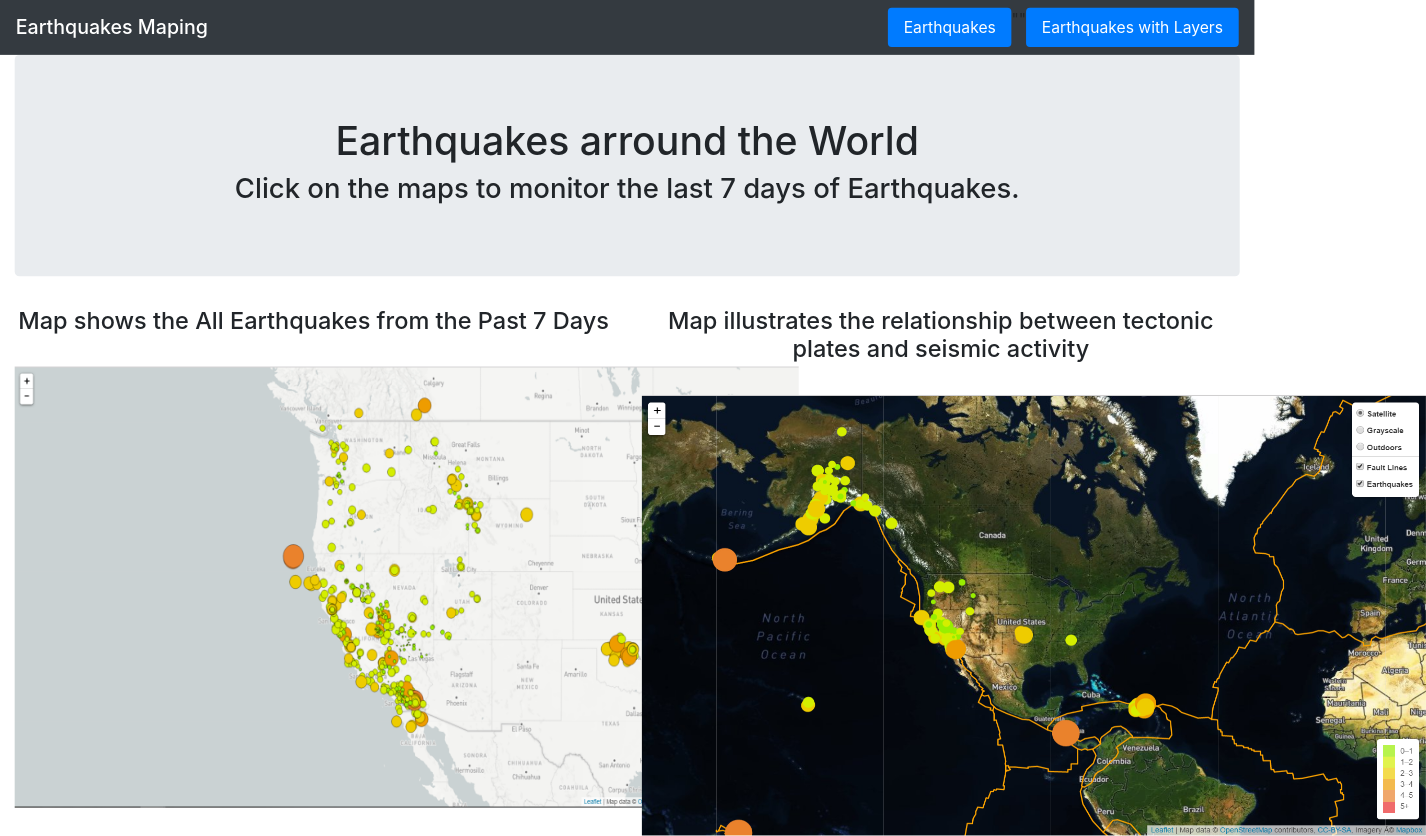
Repository: ermiasgelaye/leaflet-challenge
Page: index.html
These files come from the project's save history. The page is drawn as it stood at one moment and after a run of saves; the edit follows.
The browser window is 1280 px wide. The page is 1455 px wide, so the pictures cover 1455 px, including what lies to the right of the window. The pictures show the whole page, at 98% of full size.

Above is the page before, as saved 2020-09-18 22:42:42.

### index.html
<!DOCTYPE html>
<html lang="en">

<head>
    <meta charset="UTF-8" />
    <meta name="viewport" content="width=device-width, initial-scale=1.0" />
    <meta http-equiv="X-UA-Compatible" content="ie=edge" />
    <title>Earthquakes Challenge</title>
    <link rel="stylesheet" href="https://stackpath.bootstrapcdn.com/bootstrap/4.3.1/css/bootstrap.min.css" integrity="sha384-ggOyR0iXCbMQv3Xipma34MD+dH/1fQ784/j6cY/iJTQUOhcWr7x9JvoRxT2MZw1T" crossorigin="anonymous" />

    <!-- jQuery library -->
    <script src="https://ajax.googleapis.com/ajax/libs/jquery/3.4.1/jquery.min.js"></script>
    <link rel="stylesheet" type="text/css" href="static/css/style.css" />
    <!-- Latest compiled JavaScript -->
    <script src="https://maxcdn.bootstrapcdn.com/bootstrap/4.3.1/js/bootstrap.min.js"></script>
</head>

<body>
    <nav class="navbar navbar-dark bg-dark size_hide">
        <a href="index.html"><span class="navbar-brand mb-0 h1 back_color"
          >Earthquakes Maping</span
        ></a
      >

      <ul class="nav nav-pills">
        <li class="nav-item">
          <a class="nav-link active" href="Leaflet-Step-1/step-1.html"
            >Earthquakes</a>
        </li>
        <a>""</a>
        <li class="nav-item">
          <a class="nav-link active" href="Leaflet-Step-2/step-2.html"
            >Earthquakes with Layers</a
          >
        </li>
      </ul>
    </nav>
    <div  class="container-fluid">
      <div class="jumbotron text-center">

        <h1>Earthquakes arround the World</h1>
        <h3>
          Click on the maps to monitor the last 7 days of Earthquakes.
        </h3>
      </div>
      <div class="row">
        <div class="col-lg-6">
          <h4 style="text-align:center;"> Map shows the All Earthquakes from the Past 7 Days</h6>
          <br />
          <a href="Leaflet-Step-1/step-1.html"
            ><img
              src="images/2-BasicMap.png"
              alt="Mapping without Layers"
              width="800"
              height="450"
          /></a>
        </div>
        <div class="col-lg-6">
            <h4 style="text-align:center;">
                Map illustrates the relationship between tectonic plates and seismic activity
            </h6>
            <br />
            <a href="Leaflet-Step-2/step-2.html">
                <img src="images/5-Advanced.png" alt="Mapping with Layers" width="800" height="450" /></a>
        </div>
        </div>
        </div>
</body>

</html>

Loaded but not shown: static/css/style.css (common file)

After the next 2 saves:
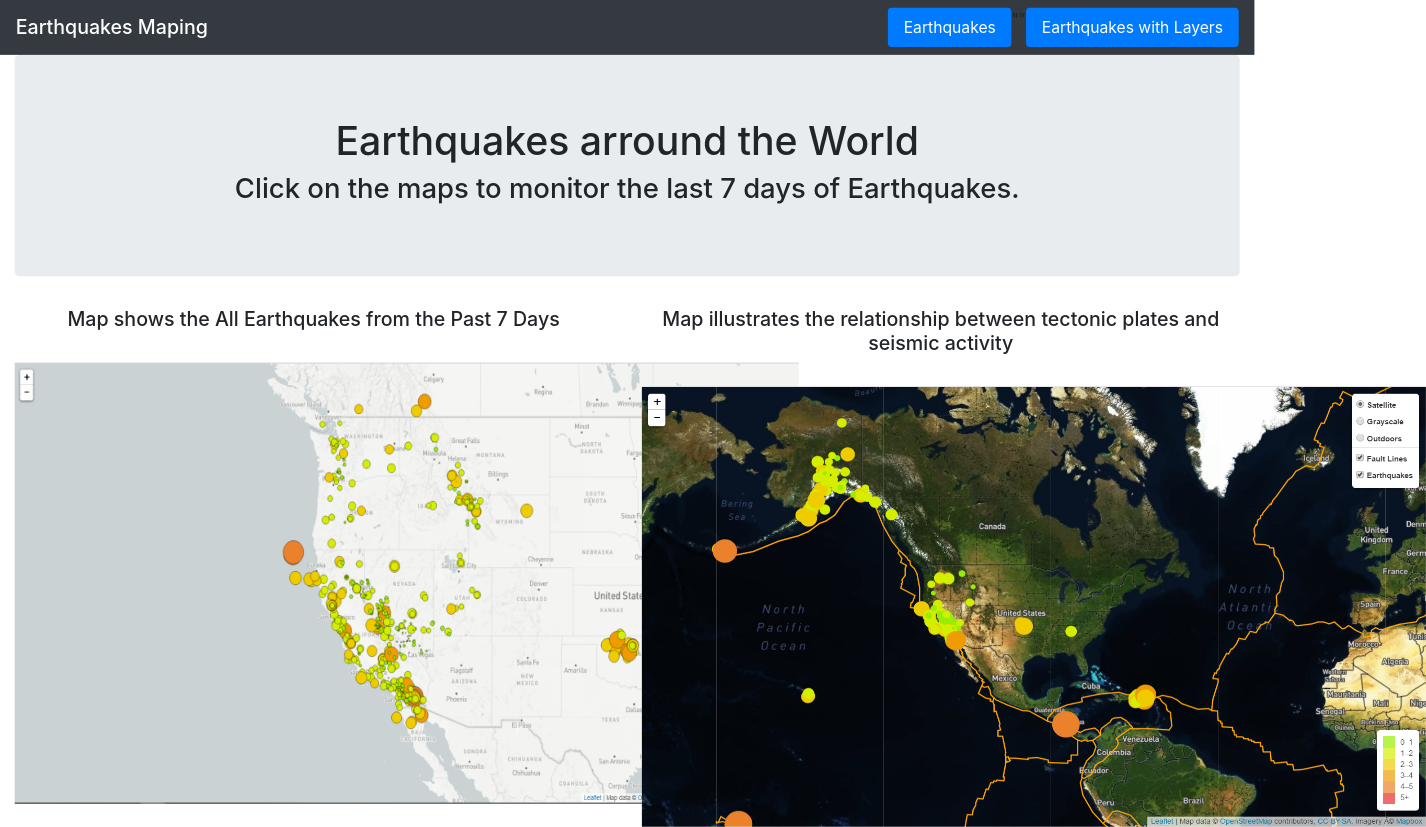
The 2 saves are shown as one change because they came seconds apart.
The last was saved 11 s later.
--- a/index.html
+++ b/index.html
@@ -45,7 +45,7 @@
       </div>
       <div class="row">
         <div class="col-lg-6">
-          <h4 style="text-align:center;"> Map shows the All Earthquakes from the Past 7 Days</h6>
+          <h5 style="text-align:center;"> Map shows the All Earthquakes from the Past 7 Days</h6>
           <br />
           <a href="Leaflet-Step-1/step-1.html"
             ><img
@@ -56,7 +56,7 @@
           /></a>
         </div>
         <div class="col-lg-6">
-            <h4 style="text-align:center;">
+            <h5 style="text-align:center;">
                 Map illustrates the relationship between tectonic plates and seismic activity
             </h6>
             <br />
